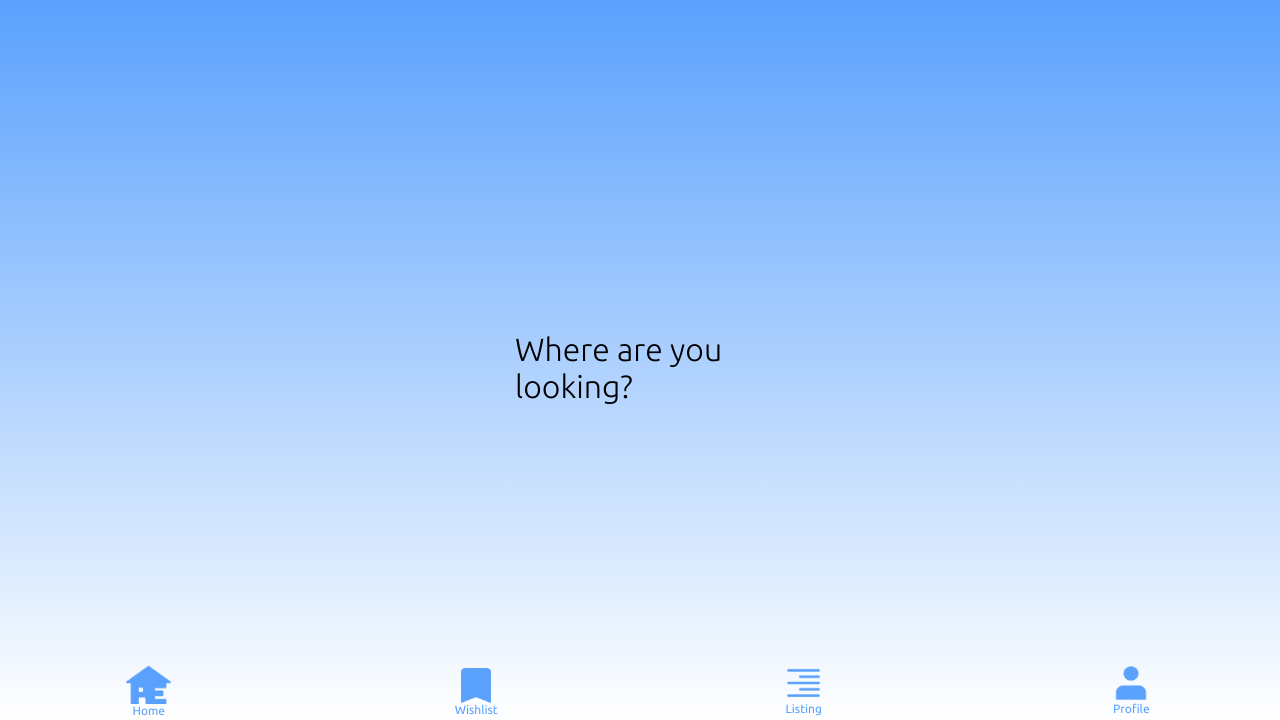
Repository: msyukurrr/realeasy
Page: /listing
These files come from the project's save history. The page is drawn as it stood at one moment and after the next save; the edit follows.
The browser window is 1280 px wide. The pictures show the whole page.
The project was rebuilt for these pictures with package versions that can differ from the ones it lists, and the page was loaded fresh each time. The framework's server and built-in components were replaced by stand-ins that run in the browser. Also part of the build but not shown: next.config.js.

Above is the page before, as saved 2023-01-27 20:03:12.

### pages/listing.js
import Heading from "../components/Heading";
import NavBar from "../components/NavBar";
import styles from "../styles/Home.module.css"


export default function Listing(){
    return(
        <><div className={styles.listing}>

        <Heading headingtxt="Where are you looking?"/>










        </div>
        <NavBar></NavBar>

        </>
    )
}

### styles/globals.css
@import url('https://fonts.googleapis.com/css2?family=Ubuntu:ital,wght@0,300;0,400;0,500;0,700;1,300;1,400;1,500;1,700&display=swap');

html,
body {
  padding: 0;
  margin: 0;
  font-family: "Ubuntu", sans-serif;
  background-color: #E6EEF8;
}

a {
  color: inherit;
  text-decoration: none;
}

* {
  box-sizing: border-box;
}

@media (prefers-color-scheme: dark) {
  html {
    color-scheme: dark;
  }
  body {
    color: white;
    background: E6EEF8;
  }
}

### components/Heading.js
import styled from "styled-components";

const Container = styled.div`
display: flex;
margin-left: 50px;
width: 300px;
height: 100px;

`

const Word = styled.h1`

color: ${props=>props.color};
font-weight: ${props=>props.fontweight};
`

export default function Heading({
    h1="Recommended by people around you",
    fw="300",
    color="#5AA1FD",
    headingtxt="Recommended by people around you"
}){
    return<>
    <Container>
    <Word fontweight={fw}
    >{headingtxt}</Word>
    </Container>
    </>
}

### components/NavBar.js
import styled from "styled-components";
import Link from "next/link";

const NavBarCont = styled.div`
position: fixed;
bottom: 0;
width: 100%;
`
const NavCont = styled.nav`
display: flex;
justify-content: space-around;
width: 100%;
background-color: transparent;
height: 60px;
`
const HomeCont = styled.div`
width: 50px;
height: 50px;
display:flex;
flex-direction: column;
justify-content: center;
align-items: center;
margin-top: ${props=>props.margintop};
`
const WishlistCont = styled.div`
width: 50px;
height: 50px;
display:flex;
flex-direction: column;
justify-content: center;
align-items: center;
margin-left: 30px;
margin-top: ${props=>props.margintop};
margin-bottom: ${props=>props.marginbottom};
`
const ListingCont = styled.div`
width: 50px;

display:flex;
flex-direction: column;
justify-content: center;
align-items: center;
margin-left: 30px;
margin-top: ${props=>props.margintop};
`
const ProfileCont = styled.div`
display:flex;
margin-left: 30px;
margin-top: ${props=>props.margintop};
`

const Icon = styled.img`
display: flex;
justify-content: center;
height: ${props=>props.height};
width: ${props=>props.width};
display: flex;
`

const NavList = styled.span`
display: flex;
align-self: center;
color: #5AA1FD;
font-size: 12px;
`


export default function NavBar({
    mt="5px",
    mb=""
}){
    return <NavBarCont>
    <NavCont>
        <Link href="/">
            <HomeCont margintop="6px">
                <Icon src='./logo.png' height="45px" width="45px"/>
                <NavList>Home</NavList>
            </HomeCont>
        </Link>
        <Link href="/wishlist">
            <WishlistCont margintop="7px">
                <Icon src='./wishlist.png' height="35px" width="30px"></Icon>
                <NavList>Wishlist</NavList>
            </WishlistCont>
        </Link>
        <Link href="/listing">
            <ListingCont margintop="4px">
                <Icon src='./listing.png' height="38px" width="45px"></Icon>
                <NavList>Listing</NavList>
            </ListingCont>
        </Link>
        <Link href="/profile">
            <ListingCont margintop="4px">
                <Icon src='./user.png' height="38px" width="40px"></Icon>
                <NavList>Profile</NavList>
            </ListingCont>
        </Link>
    </NavCont>
    </NavBarCont>
}

### styles/Home.module.css
.container {
  padding: 0 2rem;
}

.main {
  min-height: 100vh;
  padding: 4rem 0;
  flex: 1;
  display: flex;
  flex-direction: column;
  justify-content: center;
  align-items: center;
}


.listing {
  min-height: 100vh;
  padding: 4rem 0;
  flex: 1;
  display: flex;
  flex-direction: column;
  justify-content: center;
  align-items: center;
  background-image: linear-gradient(#5AA1FD, white);
}

.footer {
  display: flex;
  flex: 1;
  padding: 2rem 0;
  border-top: 1px solid #eaeaea;
  justify-content: center;
  align-items: center;
}

.footer a {
  display: flex;
  justify-content: center;
  align-items: center;
  flex-grow: 1;
}

.title a {
  color: #0070f3;
  text-decoration: none;
}

.title a:hover,
.title a:focus,
.title a:active {
  text-decoration: underline;
}

.title {
  margin: 0;
  line-height: 1.15;
  font-size: 4rem;
}

.title,
.description {
  text-align: center;
}

.description {
  margin: 4rem 0;
  line-height: 1.5;
  font-size: 1.5rem;
}

.code {
  background: #fafafa;
  border-radius: 5px;
  padding: 0.75rem;
  font-size: 1.1rem;
  font-family: Menlo, Monaco, Lucida Console, Liberation Mono, DejaVu Sans Mono,
    Bitstream Vera Sans Mono, Courier New, monospace;
}

.grid {
  display: flex;
  align-items: center;
  justify-content: center;
  flex-wrap: wrap;
  max-width: 800px;
}

.card {
  margin: 1rem;
  padding: 1.5rem;
  text-align: left;
  color: inherit;
  text-decoration: none;
  border: 1px solid #eaeaea;
  border-radius: 10px;
  transition: color 0.15s ease, border-color 0.15s ease;
  max-width: 300px;
}

.card:hover,
.card:focus,
.card:active {
  color: #0070f3;
  border-color: #0070f3;
}

.card h2 {
  margin: 0 0 1rem 0;
  font-size: 1.5rem;
}

.card p {
  margin: 0;
  font-size: 1.25rem;
  line-height: 1.5;
}

.logo {
  height: 1em;
  margin-left: 0.5rem;
}

@media (max-width: 600px) {
  .grid {
    width: 100%;
    flex-direction: column;
  }
}

@media (prefers-color-scheme: dark) {
  .card,
  .footer {
    border-color: #222;
  }
  .code {
    background: #111;
  }
  .logo img {
    filter: invert(1);
  }
}

Loaded but not shown: pages/_app.js (common file)

After the next save:
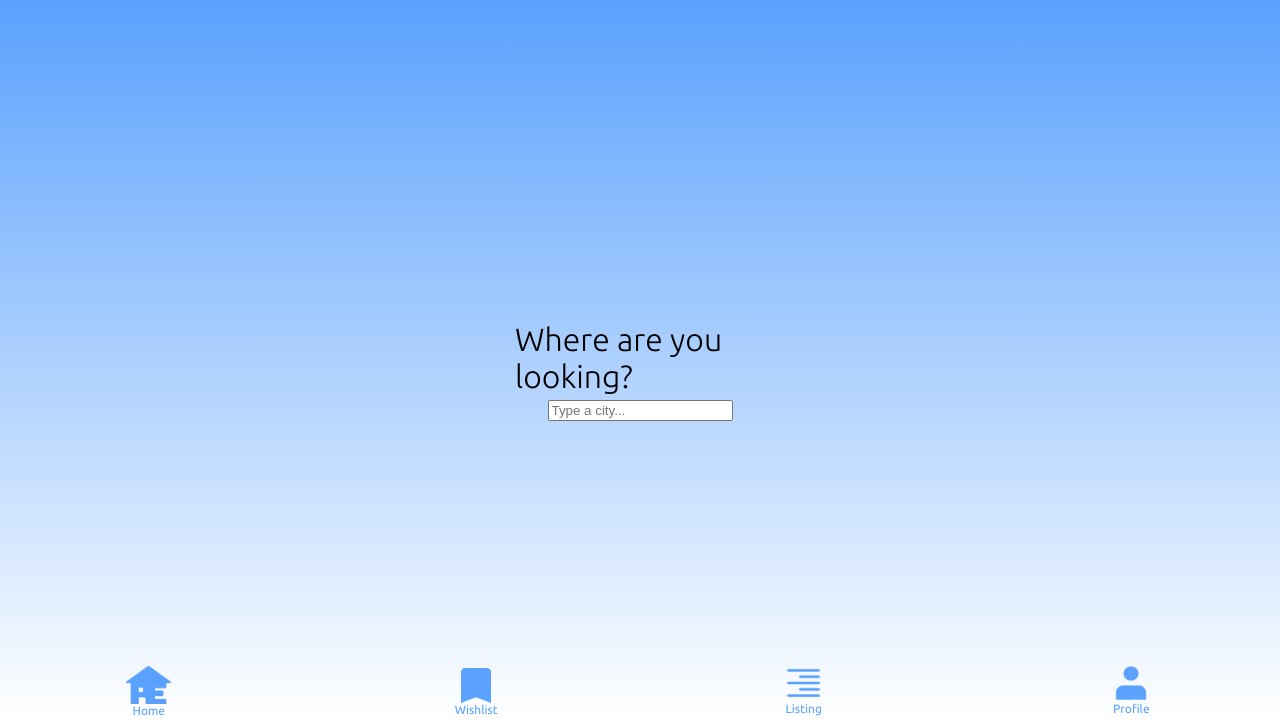
Saved 78 s later.
--- a/pages/listing.js
+++ b/pages/listing.js
@@ -8,6 +8,8 @@ export default function Listing(){
         <><div className={styles.listing}>
 
         <Heading headingtxt="Where are you looking?"/>
+
+        <input placeholder="Type a city..."></input>
 
 
 
